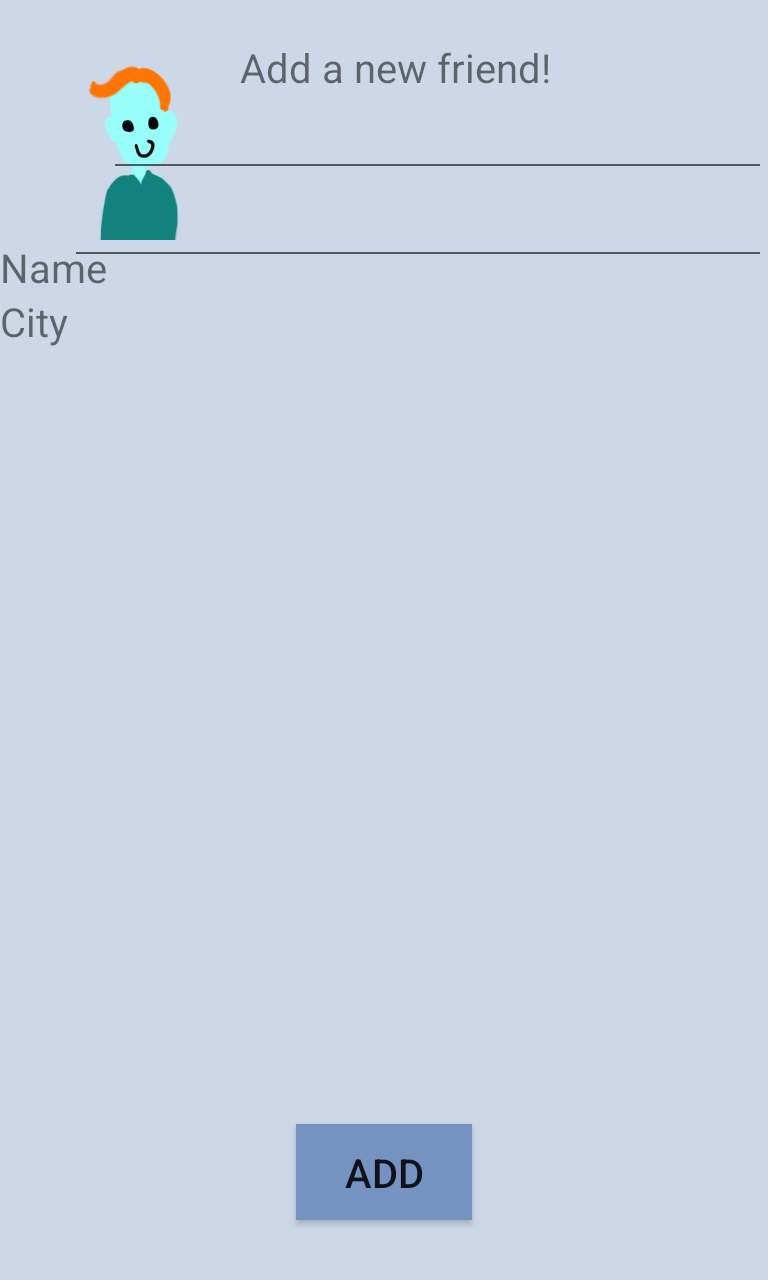
Repository: hinasakazaki/WeatherWithFriends
Layout: WeatherWithFriends/res/layout/add_fragment.xml
The author's editor kept a copy of each file at every save. The layout is drawn from the files as they stood at one save, then again after the next save.
It is drawn on a 768 x 1280 px phone screen (xhdpi) without system bars, with theme AppTheme; the app's code is not run.

Above is the layout before, as saved 2014-06-09 22:27:11.

After the next save:
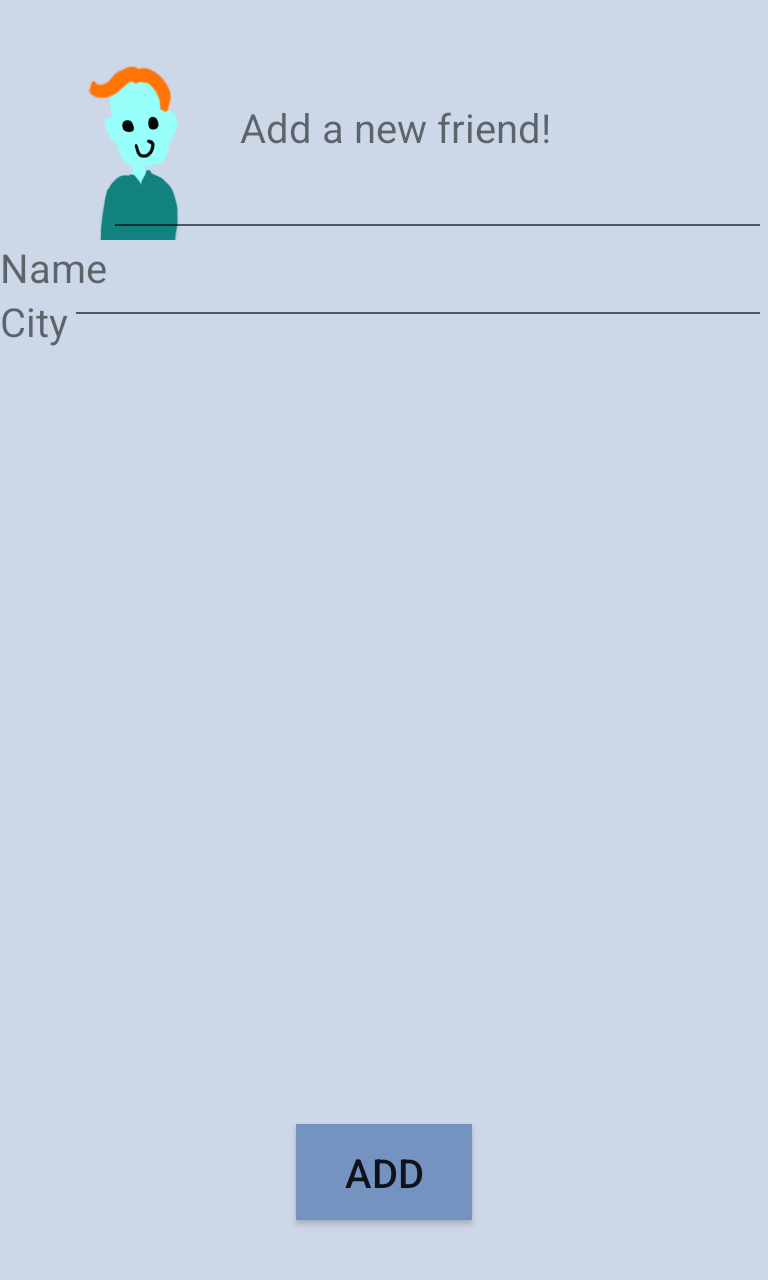
Saved 16 s later.
--- a/WeatherWithFriends/res/layout/add_fragment.xml
+++ b/WeatherWithFriends/res/layout/add_fragment.xml
@@ -21,8 +21,7 @@
     	    android:layout_toRightOf="@+id/icon"
     	    android:text="Add a new friend!"
     	    android:textSize="20dp"
-    	    android:layout_marginTop="50dp"
-    	    android:layout_marginTop="20dp"/>
+    	    android:layout_marginTop="50dp"/>
 
 	<!--  second row -->
 
